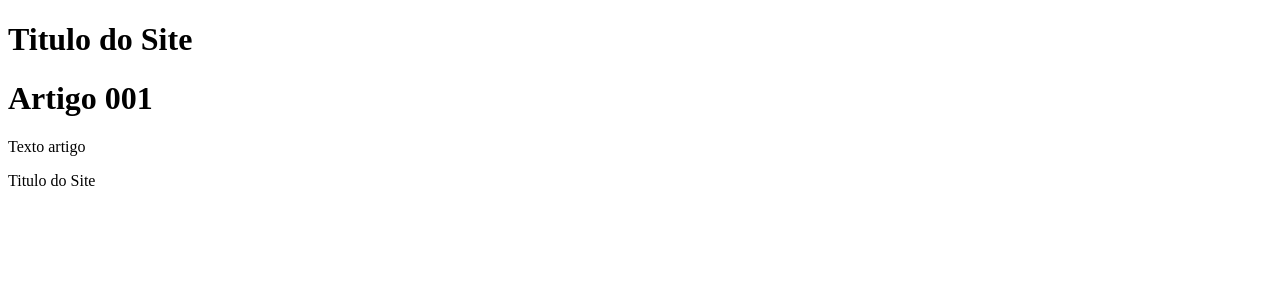
Repository: robertacristinaabreu01/projeto-siteGitHub
Page: index.html
An editor plug-in stored every save of this project. The page is shown before and after a run of saves, followed by the edit.
The browser window is 1280 px wide. The pictures show the whole page.

Above is the page before, as saved 2021-01-23 21:09:41.

### index.html
<!DOCTYPE html>
<html lang="pt-br">
<head>
    <meta charset="UTF-8">
    <meta name="viewport" content="width=device-width, initial-scale=1.0">
    <title>Titulo do Site</title>
</head>
<body>
    <main>
        <header>
            <h1>Titulo do Site</h1>
        </header>
        <article></article>
        <h1>Artigo 001</h1>
        <p>Texto artigo</p>
        <article>Titulo do Site</article>

    </main>

</body>
</html>

After the next 4 saves:
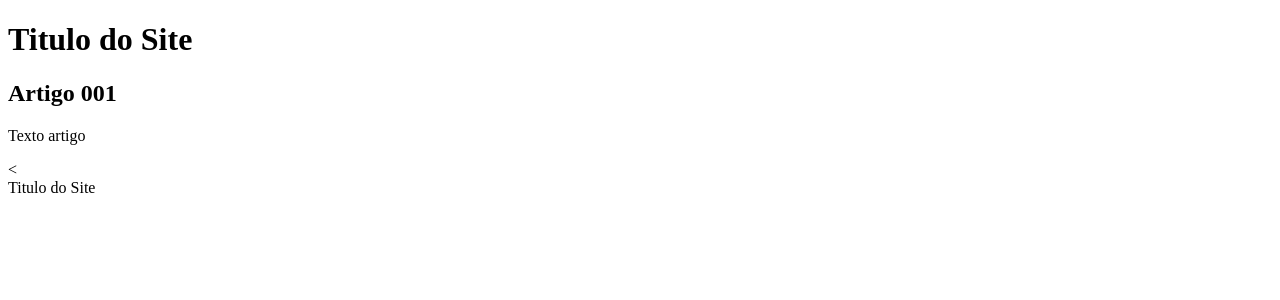
The 4 saves are shown as one change because they came seconds apart.
The last was saved 10 s later.
--- a/index.html
+++ b/index.html
@@ -10,9 +10,10 @@
         <header>
             <h1>Titulo do Site</h1>
         </header>
-        <article></article>
+        <article>
         <h1>Artigo 001</h1>
         <p>Texto artigo</p>
+        <
         <article>Titulo do Site</article>
 
     </main>
